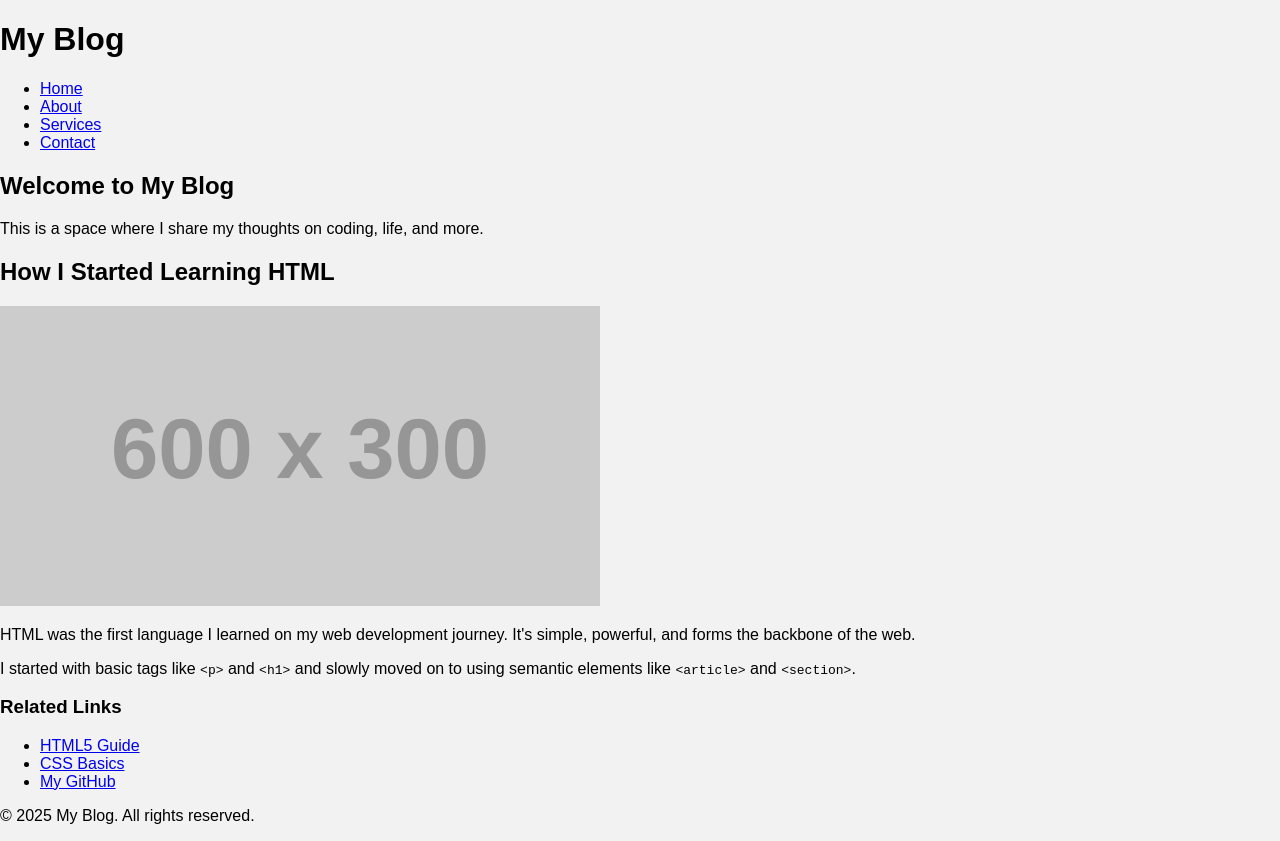
Repository: SainediAmbika/RecallingAll
Page: Angular Recalling/Blog Page/index.html
These files come from the project's save history. The page is drawn as it stood at one moment and after the next save; the edit follows.
The browser window is 1280 px wide. The pictures show the whole page.

Above is the page before, as saved 2025-05-19 11:54:45.

### Angular Recalling/Blog Page/index.html
<!DOCTYPE html>
<html lang="en">

<head>
    <meta charset="UTF-8">
    <meta name="viewport" content="width=device-width, initial-scale=1.0">
    <link rel="stylesheet" href="app.css">
    <title>Blog Page</title>

</head>
<body>
    <header class="header">
        <h1>My Blog</h1>
        <nav>
            <ul>
                <li><a href="#">Home</a></li>
                <li><a href="#">About</a></li>
                <li><a href="#">Services</a></li>
                <li><a href="#">Contact</a></li>

            </ul>
        </nav>
    </header>
    <main>

        <section>
            <h2>Welcome to My Blog</h2>
            <p>This is a space where I share my thoughts on coding, life, and more.</p>
        </section>
    </main>
    <article>
        <h2>How I Started Learning HTML</h2>
        <img src="https://via.placeholder.com/600x300" alt="A person learning HTML on a laptop">
        <p>HTML was the first language I learned on my web development journey. It's simple, powerful, and forms the
            backbone of the web.</p>
        <p>I started with basic tags like <code>&lt;p&gt;</code> and <code>&lt;h1&gt;</code> and slowly moved on to
            using semantic elements like <code>&lt;article&gt;</code> and <code>&lt;section&gt;</code>.</p>
    </article>

    <aside>
        <h3>Related Links</h3><ul>
            <li><a href="https://www.w3schools.com/html/">HTML5 Guide</a></li>
            <li><a href="https://www.w3schools.com/css/">CSS Basics</a></li>
            <li><a href="https://github.com/">My GitHub</a></li>

        </ul>
    </aside>




    <footer>
        <p>&copy; 2025 My Blog. All rights reserved.</p>
    </footer>
    </article>

</body>

</html>

### Angular Recalling/Blog Page/app.css
#header{
    text-align: center;
}
body {
    font-family: Arial, sans-serif;
    background-color: #f2f2f2;
    margin: 0;
    padding: 0;
 }

After the next save:
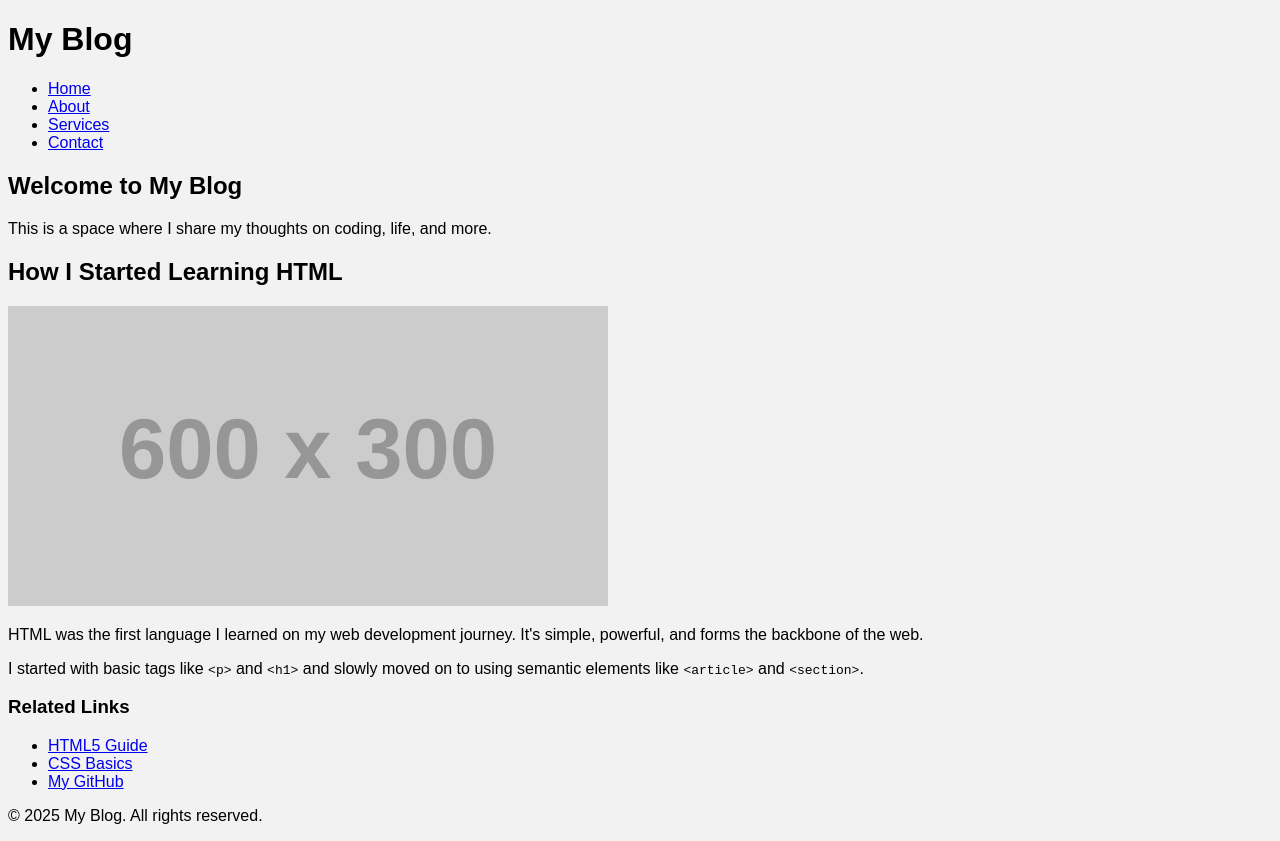
Saved 31 s later.
--- a/Angular Recalling/Blog Page/app.css
+++ b/Angular Recalling/Blog Page/app.css
@@ -4,6 +4,5 @@
 body {
     font-family: Arial, sans-serif;
     background-color: #f2f2f2;
-    margin: 0;
-    padding: 0;
+
  }
